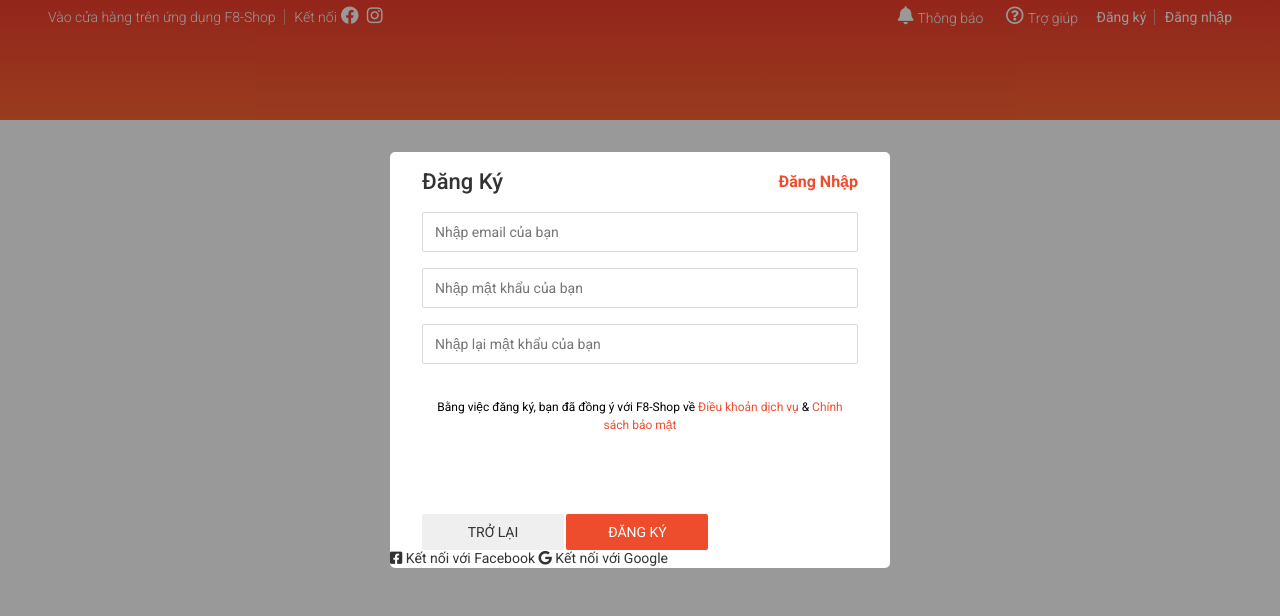
Repository: huynhnhan112/Shopee_Homepage
Page: index.html
The author's editor kept a copy of each file at every save. The page is drawn from the files as they stood at one save, then again after the next save.
The browser window is 1280 px wide. The pictures show the whole page.

Above is the page before, as saved 2021-11-19 14:41:29.

### index.html
<!DOCTYPE html>
<html lang="en">

<head>
    <meta charset="UTF-8">
    <meta http-equiv="X-UA-Compatible" content="IE=edge">
    <meta name="viewport" content="width=device-width, initial-scale=1.0">
    <link rel="stylesheet" href="https://cdnjs.cloudflare.com/ajax/libs/normalize/8.0.1/normalize.min.css"
        integrity="sha512-NhSC1YmyruXifcj/KFRWoC561YpHpc5Jtzgvbuzx5VozKpWvQ+4nXhPdFgmx8xqexRcpAglTj9sIBWINXa8x5w=="
        crossorigin="anonymous" referrerpolicy="no-referrer" />
    <link rel="preconnect" href="https://fonts.googleapis.com">
    <link rel="preconnect" href="https://fonts.gstatic.com" crossorigin>
    <link href="https://fonts.googleapis.com/css2?family=Roboto:wght@100;300;400;500;700&display=swap" rel="stylesheet">
    <link rel="stylesheet" href="./assets/fonts/fontawesome-free-5.15.4/fontawesome-free-5.15.4-web/css/all.min.css">
    <link rel="stylesheet" href="./assets/css/base.css">
    <link rel="stylesheet" href="./assets/css/style.css">
    <title>F8 - Shop</title>
</head>

<body>
    <div class="app">
        <header class="header">
            <div class="grid">
                <nav class="header__navbar">
                    <ul class="header__navbar-list">
                        <li class="header__navbar-item header__navbar-item--qr header__navbar-item--separate">Vào cửa
                            hàng trên ứng dụng F8-Shop
                            <div class="header__qr">
                                <img src="./assets/img/qr_code.png" alt="QR code" class="header__qr-img">
                                <div class="header__qr-apps">
                                    <a href="" class="header__qr-link">
                                        <img src="./assets/img/google_play.png" alt="Google Play"
                                            class="header__qr-download">
                                    </a>
                                    <a href="" class="header__qr-link">
                                        <img src="./assets/img/app_store.png" alt="App Store"
                                            class="header__qr-download">
                                    </a>
                                </div>
                            </div>
                        </li>
                        <li class="header__navbar-item">
                            <span class="header__navbar-title">Kết nối</span>
                            <a href="#" class="header__navbar-icon-link">
                                <i class="header__navbar-icon fab fa-facebook"></i>
                            </a>
                            <a href="#" class="header__navbar-icon-link">
                                <i class="header__navbar-icon fab fa-instagram"></i>
                            </a>
                        </li>
                    </ul>
                    <ul class="header__navbar-list">
                        <li class="header__navbar-item header__navbar-item--show-notify">
                            <a href="#" class="header__navbar-item-link">
                                <i class="header__navbar-icon fas fa-bell"></i>
                                Thông báo
                            </a>
                            <div class="header__notify">
                                <header class="header__notify-header">
                                    <h3>Thông Báo Mới Nhận</h3>
                                </header>
                                <ul class="header__notify-list">
                                    <li class="header__notify-item header__notify-item--viewed">
                                        <a href="" class="header__notify-link">
                                            <img src="https://img.abaha.vn/photos/origin/83-1586781803-myphamohui-lgvina.png"
                                                alt="" class="header__notify-img">
                                            <div class="header__notify-info">
                                                <span class="header__notify-name">Ohui chính thức ra mắt dòng son
                                                    lì mới The First Genture Lipstick</span>
                                                <span class="header__notify-description">Một lần môi căng mềm, quyến
                                                    rũ với sắc màu nổi bật luôn là điều mà các quý cô ao
                                                    ước</span>
                                            </div>
                                        </a>
                                    </li>
                                    <li class="header__notify-item header__notify-item--viewed">
                                        <a href="" class="header__notify-link">
                                            <img src="https://img.abaha.vn/photos/origin/83-1586781803-myphamohui-lgvina.png"
                                                alt="" class="header__notify-img">
                                            <div class="header__notify-info">
                                                <span class="header__notify-name">Xác thực chính hãng nguồn gốc
                                                    các sản phẩm Ohui</span>
                                                <span class="header__notify-description">HiddenTag là xác thực hàng
                                                    chính hãng bằng công nghệ tiên tiến nhất hiện nay</span>
                                            </div>
                                        </a>
                                    </li>
                                    <li class="header__notify-item">
                                        <a href="" class="header__notify-link">
                                            <img src="https://img.abaha.vn/photos/origin/83-1586781803-myphamohui-lgvina.png"
                                                alt="" class="header__notify-img">
                                            <div class="header__notify-info">
                                                <span class="header__notify-name">Sale sốc bộ dưỡng Ohui The First
                                                    tái tạo trả hóa da SALE OFF 70%</span>
                                                <span class="header__notify-description">Giá chỉ còn 375.000(giá
                                                    gốc 1.250.000 vnđ)</span>
                                            </div>
                                        </a>
                                    </li>
                                </ul>
                                <footer class="header__notify-footer">
                                    <a href="" class="header__notify-footer-btn">Xem tất cả</a>
                                </footer>
                            </div>
                        </li>
                        <li class="header__navbar-item">
                            <a href="#" class="header__navbar-item-link">
                                <i class="header__navbar-icon far fa-question-circle"></i>
                                Trợ giúp
                            </a>
                        </li>
                        <li class="header__navbar-item header__navbar-item--strong header__navbar-item--separate">Đăng
                            ký</li>
                        <li class="header__navbar-item header__navbar-item--strong">Đăng nhập</li>
                    </ul>
                </nav>
            </div>
        </header>

        <div class="container">

        </div>

        <footer class="footer">

        </footer>
    </div>

    <!-- Modal Layout -->
    <div class="modal">
        <div class="modal__overclay"></div>
        <div class="modal__body">

            <!-- Authen form -->
            <div class="auth-form">
                <div class="auth-form__container">
                    <div class="auth-form__header">
                        <h3 class="auth-form__heading">Đăng Ký</h3>
                        <span class="auth-form__switch-btn">Đăng Nhập</span>
                    </div>
                    <div class="auth-form__form">
                        <div class="auth-form__group">
                            <input type="text" class="auth-form__input" placeholder="Nhập email của bạn">
                        </div>
                        <div class="auth-form__group">
                            <input type="text" class="auth-form__input" placeholder="Nhập mật khẩu của bạn">
                        </div>
                        <div class="auth-form__group">
                            <input type="text" class="auth-form__input" placeholder="Nhập lại mật khẩu của bạn">
                        </div>
                    </div>
                    <div class="auth-form__aside">
                        <p>Bằng việc đăng ký, bạn đã đồng ý với F8-Shop về <a href="#">Điều khoản dịch
                                vụ</a> & <a href="#">Chính sách bảo mật</a></p>
                    </div>
                    <div class="auth-form__controls">
                        <button class="btn">TRỞ LẠI</button>
                        <button class="btn btn--primary">ĐĂNG KÝ</button>
                    </div>
                </div>
                <div class="auth-form__socials">
                    <a href="" class="btn btn--with--icon">
                        <i class="fab fa-facebook-square"></i>
                        Kết nối với Facebook
                    </a>
                    <a href="" class="btn btn--with--icon">
                        <i class="fab fa-google"></i>
                        Kết nối với Google
                    </a>
                </div>
            </div>
        </div>
    </div>
</body>

</html>

### assets/css/base.css
:root{
    --white-color: #fff;
    --black-color: #000;
    --text-color: #333;
    --primary-color: #ee4d2d;
    --border-color: #dbdbdb;
}

*{
    box-sizing: inherit;
}

html{
    font-size: 62.5%;
    line-height: 1.6rem;
    font-family: 'Roboto', sans-serif;
    box-sizing: border-box;
}

.grid{
    width: 1200px;
    max-width: 100%;
    margin: 0 auto;
}

.grid__full_width{
    width: 100%;
}

.gid__row{
    display: flex;
    flex-wrap: wrap;
}

@keyframes fadeIn {
    from{
        opacity: 0;
    }
    to{
        opacity: 1;
    }
}

/* Modal */
.modal{
    position: fixed;
    top: 0;
    left: 0;
    right: 0;
    bottom: 0;
    display: flex;
}

.modal__overclay{
    position: absolute;
    width: 100%;
    height: 100%;
    background-color: rgba(0,0,0,0.4);
}

.modal__body{
    position: relative;
    background-color: var(--white-color);
    margin: auto;
    z-index: 1;
    border-radius: 5px;
}

/* Button style */
.btn{
    min-width: 142px;
    height: 36px;
    text-decoration: none;
    border: none;
    border-radius: 2px;
    font-size: 1.4rem;
    cursor: pointer;
    color: var(--text-color);
}

.btn:hover{
    background-color: rgba(0,0,0,0.05);
}

.btn.btn--primary{
    background-color: var(--primary-color);
    color: var(--white-color);
}

.btn.btn--disabled{
    color: #949494;
    cursor: default;
    background-color: #c3c3c3;
}

### assets/css/style.css
.header{
    height: 120px;
    background-image: linear-gradient(0, #fe6433, #f53e2d);
}

.header__navbar{
    display: flex;
    justify-content: space-between;
    min-height: 26px;
}

.header__navbar-list{
    list-style: none;
    padding-left: 0;
    margin-top: 4px;
}

.header__navbar-item{
    margin: 0 8px;
    position: relative;
    min-height: 26px;
}

.header__navbar-item,
.header__navbar-item-link{
    display: inline-block;
    font-size: 1.4rem;
    color: var(--white-color);
    text-decoration: none;
    font-weight: 300;
}

.header__navbar-item,
.header__navbar-item-link,
.header__navbar-icon-link{
    display: inline-flex;
    align-items: center;
}

.header__navbar-item:hover,
.header__navbar-item-link:hover,
.header__navbar-icon-link:hover{
    color: rgba(255,255,255, 0.7);
    cursor: pointer;
}

.header__navbar-item--strong{
    font-weight: 400;
}

.header__navbar-item--separate::after{
    content: '';
    display: block;
    position: absolute;
    border-left: 1px solid #FB9086;
    height: 16px;
    right: -9px;
    top: 50%;
    transform: translateY(-50%);
}

.header__navbar-icon-link{
    color: var(--white-color);
    text-decoration: none;
}

.header__navbar-icon{
    font-size: 1.8rem;
    margin: 0 4px 5px;
}

.header__navbar-title{
    cursor: text;
    color: var(--white-color);
}

/* Header QR Code */
.header__qr{
    background-color: var(--white-color);
    width: 186px;
    position: absolute;
    left: 0;
    top: 160%;
    padding: 8px;
    border-radius: 2px;
    display: none;
    animation: fadeIn ease-in-out 0.3s;
}

.header__qr::before{
    content: '';
    position: absolute;
    display: block;
    width: 100%;
    height: 20px;
    top: -16px;
    left: 0;
}

.header__navbar-item--qr:hover .header__qr{
    display: block;
}

.header__qr-img{
    width: 100%;
}

.header__qr-apps{
    display: flex;
    justify-content: space-between;
}

.header__qr-link:first-child{
    margin-left: 11px;
}

.header__qr-link:last-child{
    margin-right: 11px;
}

.header__qr-download{
    height: 15px;
}

/* Header Notifycation */
.header__notify{
    position: absolute;
    top: 150%;
    right: 0;
    width: 404px;
    border: 1px solid #d3d3d3;
    background-color: var(--white-color);
    cursor: default;
    transform-origin: calc(100% - 20px) top;
    animation: headerNotify ease-in-out 0.3s;
    will-change: opacity, transform;
    display: none;
}

.header__notify::before{
    content: '';
    border: 20px solid;
    border-color: transparent transparent var(--white-color) transparent;
    position: absolute;
    right: 10px;
    top: -29px;
}

.header__notify::after{
    content: '';
    display: block;
    width: 90px;
    height: 20px;
    position: absolute;
    right: 0;
    top: -15px;
}

@keyframes headerNotify {
    from{
        transform: scale(0);
        opacity: 0;
    }
    to{
        transform: scale(1);
        opacity: 1;
    }
}

.header__navbar-item--show-notify:hover .header__notify{
    display: block;
}

.header__notify-header{
    height: 40px;
    background-color: var(--white-color);
}

.header__notify-header h3{
    color: #999;
    margin: 0 0 0 12px;
    font-weight: 400;
    font-size: 1.5rem;
    line-height: 40px;
    user-select: none;
}

.header__notify-list{
    padding-left: 0;
}

.header__notify-item{
    display: flex;
}

.header__notify-item:hover{
    background-color: #f7f7f7;
}

.header__notify-item--viewed{
    background-color: rgba(238,75,43,0.08);
}

.header__notify-link{
    display: flex;
    width: 100%;
    padding: 12px;
    text-decoration: none;
}

.header__notify-img{
    width: 48px;
    object-fit: contain;
}

.header__notify-info{
    margin-left: 1.2rem;
    /* line-height: 2.4rem; */
}

.header__notify-name{
    display: block;
    font-size: 1.4rem;
    color: var(--text-color);
    font-weight: 500;
    line-height: 1.8rem;
}

.header__notify-description{
    display: block;
    font-size: 1.2rem;
    color: #756f6e;
    font-weight: 400;
    margin-top: 0.4rem;
}

.header__notify-footer{
    text-align: center;
}

.header__notify-footer-btn{
    text-decoration: none;
    color: var(--text-color);
    padding: 16px 0;
    width: 100%;
    display: block;
    font-weight: 500;
}

/* Authencation Form */
.auth-form{
    width: 500px;
}

.auth-form__container{
    margin: 0 32px;
}

.auth-form__header{
    display: flex;
    align-items: center;
    justify-content: space-between;
}

.auth-form__heading{
    font-size: 2.2rem;
    font-weight: 500;
    color: var(--text-color);
}

.auth-form__switch-btn{
    font-size: 1.6rem;
    color: var(--primary-color);
    font-weight: 600;
    cursor: pointer;
}

.auth-form__input{
    height: 4rem;
    width: 100%;
    margin-bottom: 1.6rem;
    padding: 0 1.2rem;
    font-size: 1.4rem;
    border: 1px solid var(--border-color);
    border-radius: 2px;
    outline: none;
}

.auth-form__input:focus{
    border-color: #888;
}

.auth-form__aside{
    margin-top: 1.8rem;
}

.auth-form__aside p{
    font-size: 1.2rem;
    line-height: 1.8rem;
    text-align: center;
    padding: 0 1.2rem;
}

.auth-form__aside a{
    text-decoration: none;
    color: var(--primary-color);
}

.auth-form__controls{
    margin-top: 80px;
}

Loaded but not shown: assets/fonts/fontawesome-free-5.15.4/fontawesome-free-5.15.4-web/css/all.min.css (library)

After the next save:
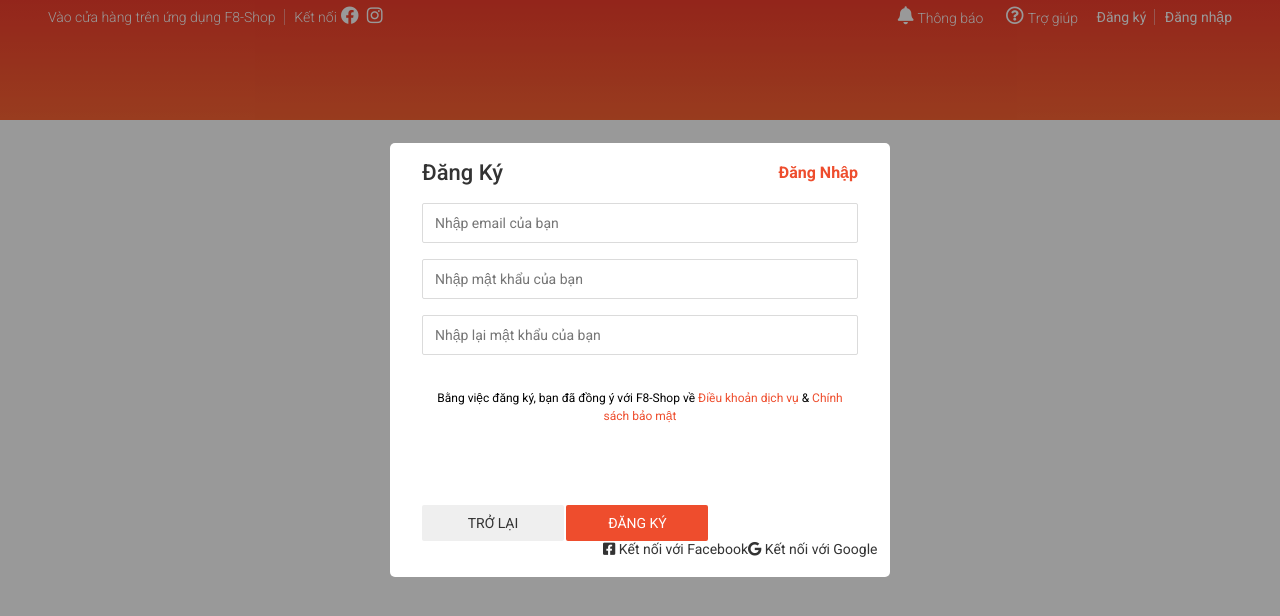
Saved 57 s later.
--- a/assets/css/style.css
+++ b/assets/css/style.css
@@ -309,3 +309,8 @@
 .auth-form__controls{
     margin-top: 80px;
 }
+
+.auth-form__socials{
+    display: flex;
+    justify-content: flex-end;
+}
